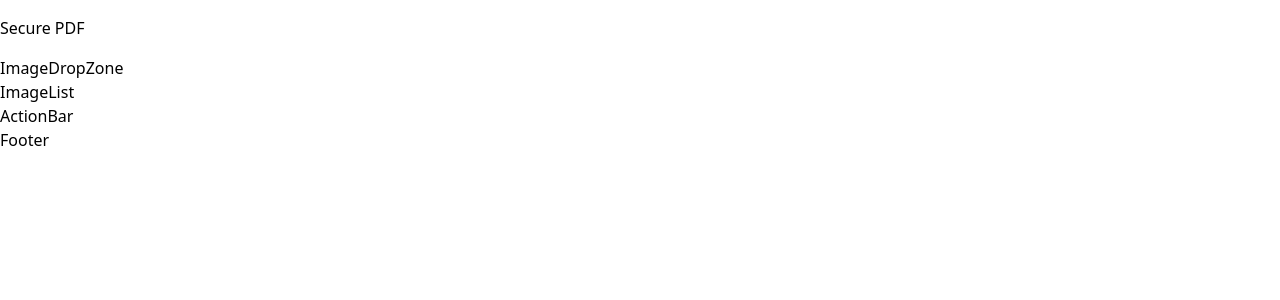
Repository: Cozmoss/TFE_IFAPME
Page: /
An editor plug-in stored every save of this project. The page is shown before and after a run of saves, followed by the edit.
The browser window is 1280 px wide. The pictures show the whole page.
The project was rebuilt for these pictures with package versions that can differ from the ones it lists, and the page was loaded fresh each time. Also part of the build but not shown: vite.config.js.

Above is the page before, as saved 2026-04-12 12:02:03.

After the next 3 saves:
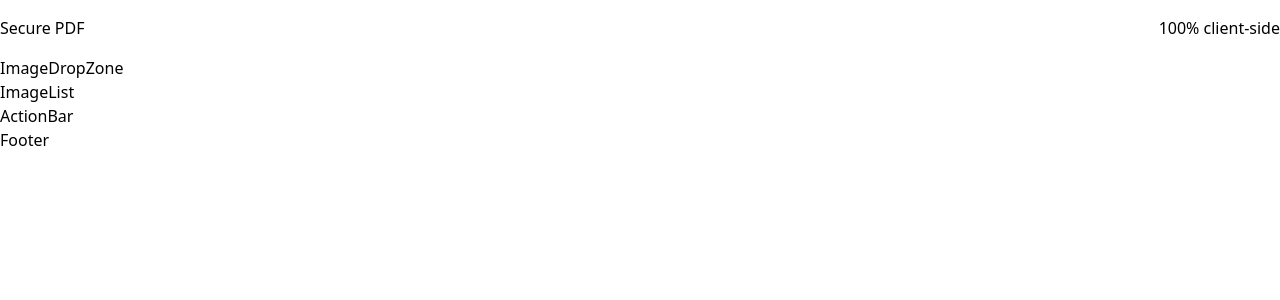
The 3 saves are shown as one change because they came seconds apart.
The last was saved 11 s later.
--- a/src/components/Header.jsx
+++ b/src/components/Header.jsx
@@ -3,10 +3,10 @@ import React from 'react'
 export default function Header() {
   return (
     <header>
-        <div className="flex justify-between items-center py-4">
+        <nav className="flex justify-between items-center py-4">
             <div>Secure PDF</div>
-            <div></div>
-        </div>
+            <div>100% client-side</div>
+        </nav>
     </header>
   )
 }
